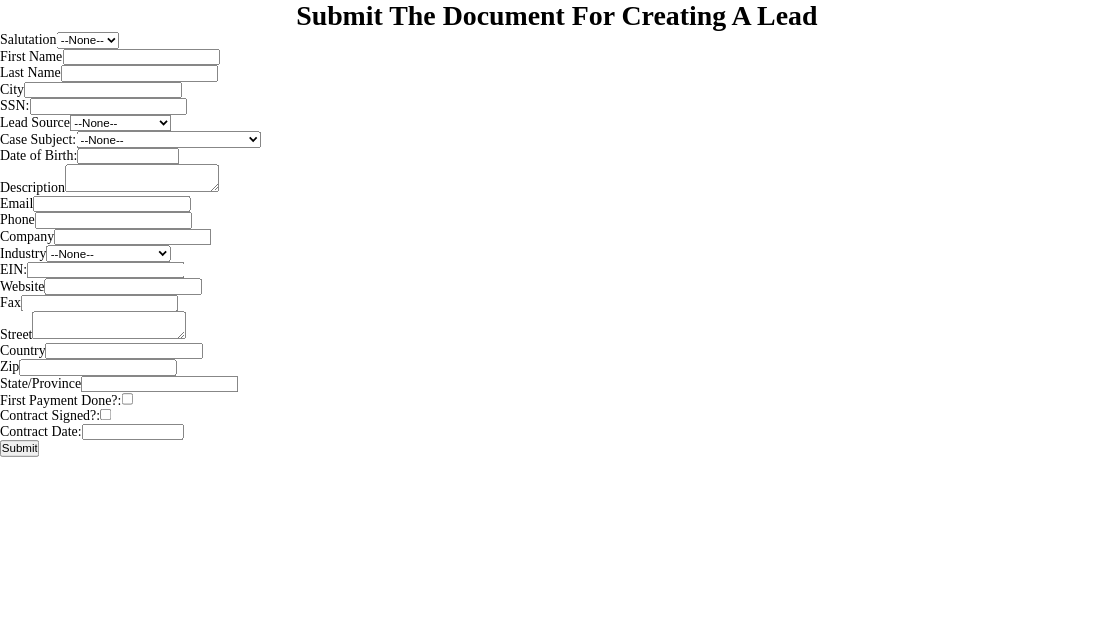
Repository: yaseminvural99/changeForce
Page: index.html
The author's editor kept a copy of each file at every save. The page is drawn from the files as they stood at one save, then again after a run of saves.
The browser window is 1280 px wide. The pictures show the whole page, at 87% of full size.

Above is the page before, as saved 2024-04-26 21:46:28.

### index.html
<!DOCTYPE html>
<html lang="en">
<head>
    <meta charset="UTF-8">
    <meta name="'viewport" content="width=device-width, initial-scale=1.0">
    <title>Document</title>
    <link rel="stylesheet" href="style.css">
    <script>

    </script>
</head>
<body>
    <h1>Submit The Document For Creating A Lead</h1>

<META HTTP-EQUIV="Content-type" CONTENT="text/html; charset=UTF-8">


    <form action="https://test.salesforce.com/servlet/servlet.WebToLead?encoding=UTF-8&orgId=00DU8000000LYuv" method="POST">

    <input type=hidden name="oid" value="00DU8000000LYuv">
    <input type=hidden name="retURL" value="http://">


    <label for="salutation">Salutation</label><select  id="salutation" name="salutation"><option value="">--None--</option><option value="Mr.">Mr.</option>
    <option value="Ms.">Ms.</option>
    <option value="Mrs.">Mrs.</option>
    <option value="Dr.">Dr.</option>
    <option value="Prof.">Prof.</option>
    <option value="Mx.">Mx.</option>
    </select><br>

    <label for="first_name">First Name</label><input  id="first_name"  name="first_name" size="20" type="text" /><br>

    <label for="last_name">Last Name</label><input  id="last_name"  name="last_name" size="20" type="text" /><br>

    <label for="city">City</label><input  id="city" name="city" size="20" type="text" /><br>

    SSN:<input  id="00NU8000000K5Zp"  name="00NU8000000K5Zp" size="20" type="text" /><br>

    <label for="lead_source">Lead Source</label><select  id="lead_source" name="lead_source"><option value="">--None--</option><option value="Web">Web</option>
    <option value="Phone Inquiry">Phone Inquiry</option>
    <option value="Partner Referral">Partner Referral</option>
    <option value="Purchased List">Purchased List</option>
    <option value="Other">Other</option>
    </select><br>

    Case Subject:<select  id="00NU8000000K5Wb" name="00NU8000000K5Wb" title="Case Subject"><option value="">--None--</option><option value="Affirmative Asylum">Affirmative Asylum</option>
    <option value="AOS Through Asylum">AOS Through Asylum</option>
    <option value="AOS Through Lottery">AOS Through Lottery</option>
    <option value="AOS Through Marriage">AOS Through Marriage</option>
    <option value="Change of Status (B2-F1/J1-F1)">Change of Status (B2-F1/J1-F1)</option>
    <option value="Company Formation">Company Formation</option>
    <option value="Consular Processing (Marriage)">Consular Processing (Marriage)</option>
    <option value="Defensive Asylum (!Non-NTA)">Defensive Asylum (!Non-NTA)</option>
    <option value="Defensive Asylum (Non-NTA)">Defensive Asylum (Non-NTA)</option>
    <option value="Defensive Asylum (NTA)">Defensive Asylum (NTA)</option>
    <option value="E-2 (Change of status)">E-2 (Change of status)</option>
    <option value="E-2 visa">E-2 visa</option>
    <option value="General Immigration">General Immigration</option>
    <option value="I-130 (Marriage)">I-130 (Marriage)</option>
    <option value="I-601A Waiver">I-601A Waiver</option>
    <option value="I-730 (Asylee Relative Petition)">I-730 (Asylee Relative Petition)</option>
    <option value="I-751 (Removing Conditions)">I-751 (Removing Conditions)</option>
    <option value="I-765">I-765</option>
    <option value="J-1 2 Year Rule Waiver">J-1 2 Year Rule Waiver</option>
    <option value="K-1 visa">K-1 visa</option>
    <option value="Mandamus">Mandamus</option>
    <option value="Naturalization">Naturalization</option>
    <option value="Personal Injury">Personal Injury</option>
    <option value="Uncontested Divorce">Uncontested Divorce</option>
    <option value="U visa">U visa</option>
    <option value="VAWA">VAWA</option>
    </select><br>

    Date of Birth:<span class="dateInput dateOnlyInput"><input  id="00NU8000000K5bR" name="00NU8000000K5bR" size="12" type="text" /></span><br>

    <label for="description">Description</label><textarea name="description"></textarea><br>

    <label for="email">Email</label><input  id="email"  name="email" size="20" type="text" /><br>

    <label for="phone">Phone</label><input  id="phone" name="phone" size="20" type="text" /><br>

    <label for="company">Company</label><input  id="company" name="company" size="20" type="text" /><br>

    <label for="industry">Industry</label><select  id="industry" name="industry"><option value="">--None--</option><option value="Agriculture">Agriculture</option>
    <option value="Apparel">Apparel</option>
    <option value="Banking">Banking</option>
    <option value="Biotechnology">Biotechnology</option>
    <option value="Chemicals">Chemicals</option>
    <option value="Communications">Communications</option>
    <option value="Construction">Construction</option>
    <option value="Consulting">Consulting</option>
    <option value="Education">Education</option>
    <option value="Electronics">Electronics</option>
    <option value="Energy">Energy</option>
    <option value="Engineering">Engineering</option>
    <option value="Entertainment">Entertainment</option>
    <option value="Environmental">Environmental</option>
    <option value="Finance">Finance</option>
    <option value="Food &amp; Beverage">Food &amp; Beverage</option>
    <option value="Government">Government</option>
    <option value="Healthcare">Healthcare</option>
    <option value="Hospitality">Hospitality</option>
    <option value="Insurance">Insurance</option>
    <option value="Machinery">Machinery</option>
    <option value="Manufacturing">Manufacturing</option>
    <option value="Media">Media</option>
    <option value="Not For Profit">Not For Profit</option>
    <option value="Recreation">Recreation</option>
    <option value="Retail">Retail</option>
    <option value="Shipping">Shipping</option>
    <option value="Technology">Technology</option>
    <option value="Telecommunications">Telecommunications</option>
    <option value="Transportation">Transportation</option>
    <option value="Utilities">Utilities</option>
    <option value="Other">Other</option>
    </select><br>

    EIN:<input  id="00NU8000000K5YD"  name="00NU8000000K5YD" size="20" type="text" /><br>

    <label for="url">Website</label><input  id="url" name="url" size="20" type="text" /><br>

    <label for="fax">Fax</label><input  id="fax" name="fax" size="20" type="text" /><br>

    <label for="street">Street</label><textarea name="street"></textarea><br>

    <label for="country">Country</label><input  id="country"  name="country" size="20" type="text" /><br>

    <label for="zip">Zip</label><input  id="zip"name="zip" size="20" type="text" /><br>

    <label for="state">State/Province</label><input  id="state"  name="state" size="20" type="text" /><br>

    First Payment Done?:<input  id="00NU8000000K5d3" name="00NU8000000K5d3" type="checkbox" value="1" /><br>

    Contract Signed?:<input  id="00NU8000000K5gH" name="00NU8000000K5gH" type="checkbox" value="1" /><br>

    Contract Date:<span class="dateInput dateOnlyInput"><input  id="00NU8000000K5ef" name="00NU8000000K5ef" size="12" type="text" /></span><br>

    <input type="submit" name="submit">

    </form>
</body>
</html>

### style.css
*{
    margin: 0;
    padding: 0;
    box-sizing: border-box;
}
h1{
    text-align: center;
}

After the next 9 saves:
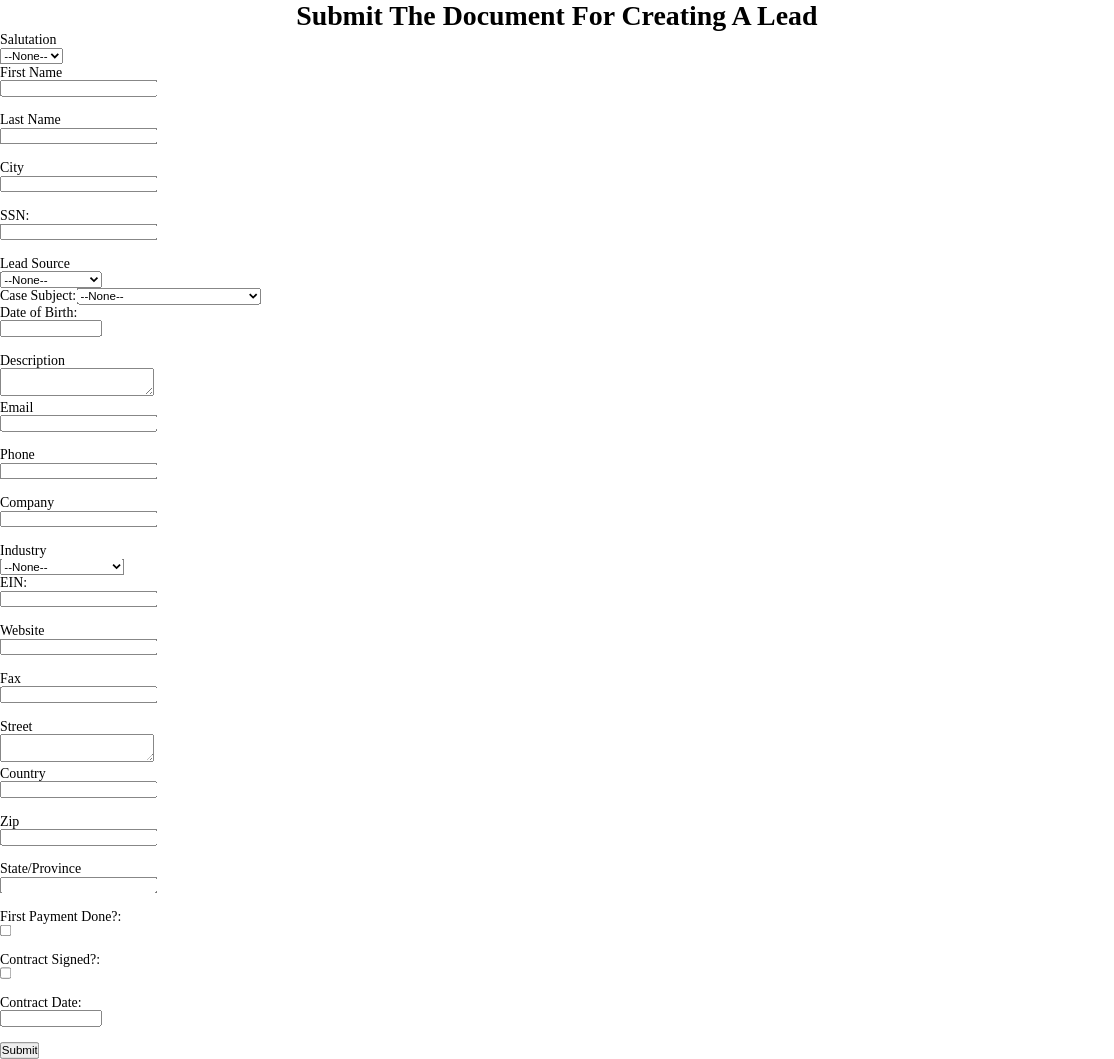
The 9 saves are shown as one change because they came seconds apart.
The last was saved 76 s later.
--- a/style.css
+++ b/style.css
@@ -6,3 +6,7 @@
 h1{
     text-align: center;
 }
+label, input{
+    display: block;
+
+}
